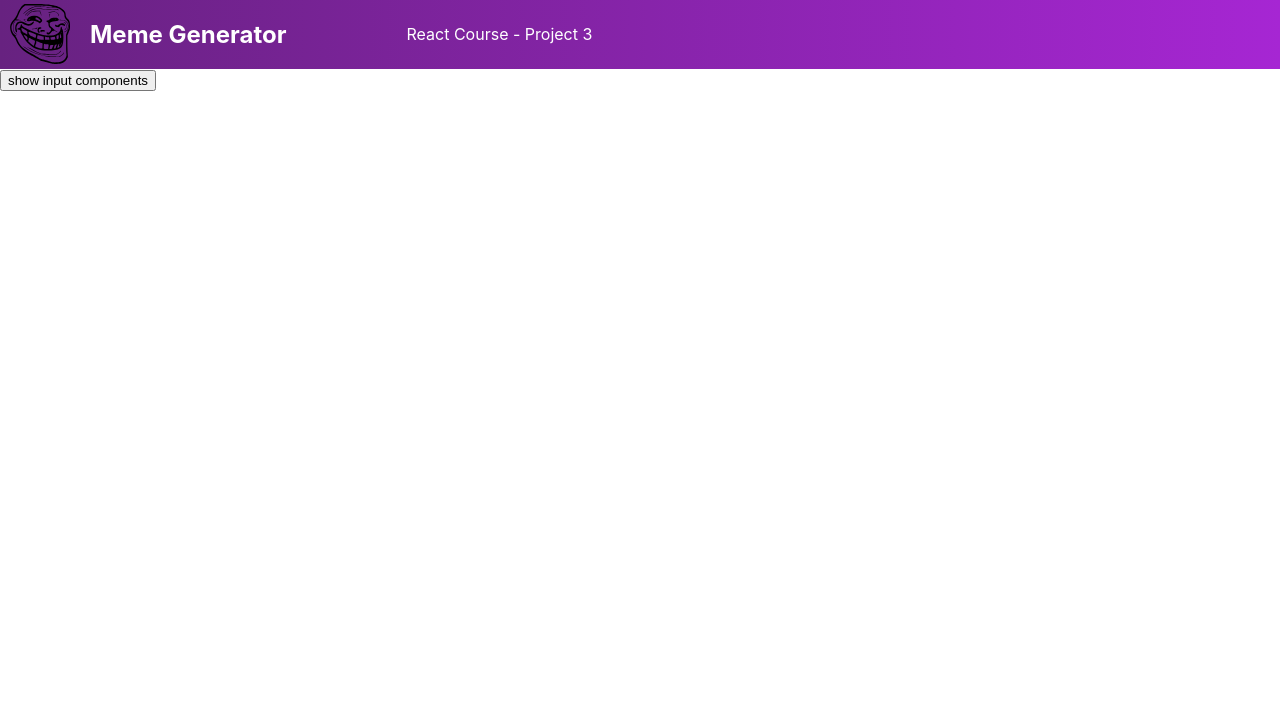
Repository: mortiestmorty1/meme-generator-react
Page: /
These files come from the project's save history. The page is drawn as it stood at one moment and after the next save; the edit follows.
The browser window is 1280 px wide. The pictures show the whole page.
Pictures or frames that could not be fetched are drawn as grey boxes. The page's requests for data from a server got no answer. The project was rebuilt for these pictures with package versions that can differ from the ones it lists, and the page was loaded fresh each time. No one was signed in, and anything a server would have sent is missing.

Above is the page before, as saved 2024-01-25 21:45:51.

After the next save:
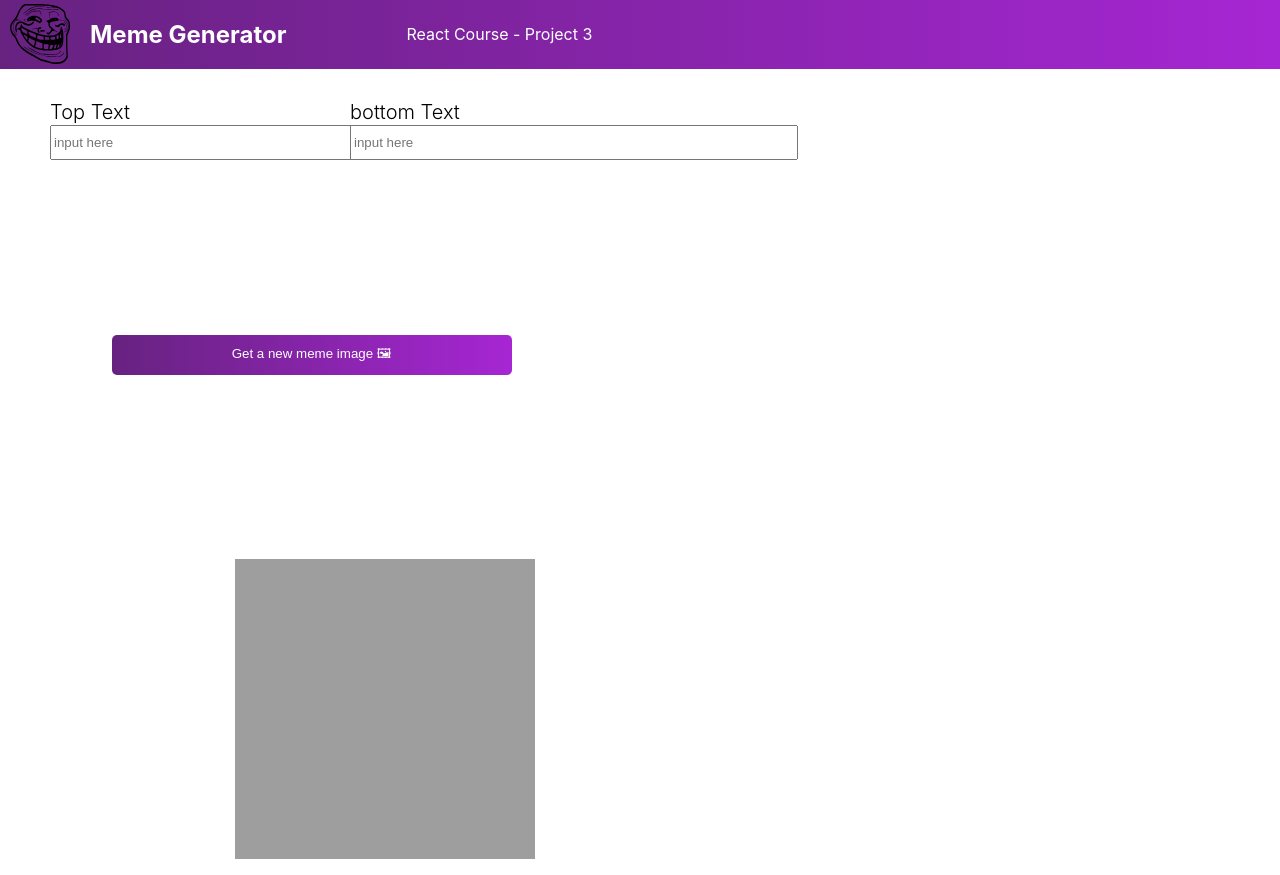
Saved 20 s later.
--- a/src/App.js
+++ b/src/App.js
@@ -15,8 +15,7 @@ function App(props) {
     <div className="App">
       <Navbar />
 
-     <button onClick={handleClick}>show input components</button>
-     {show && <Inputs />}
+      <Inputs />
     </div>
   );
 }
